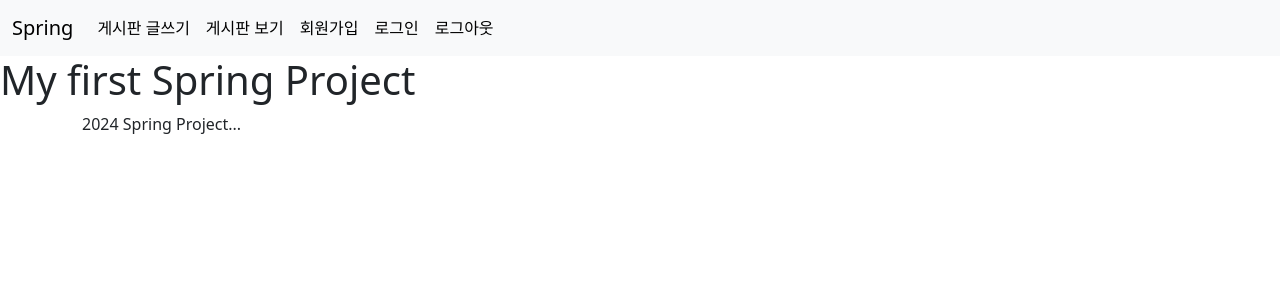
Repository: dlfhrrl12/springtest
Page: http://localhost/spring_study/WEB-INF/views/index.jsp
An editor plug-in stored every save of this project. The page is shown before and after the next save, followed by the edit.
The browser window is 1280 px wide. The pictures show the whole page.
The page is served by Tomcat 9. Nobody is signed in. The template is opened directly, without the code that normally fills it, so the values that code supplies are empty.

Above is the page before, as saved 2024-04-25 08:00:51.

### spring_study/src/main/webapp/WEB-INF/views/index.jsp
<%@ taglib uri="http://java.sun.com/jsp/jstl/core" prefix="c" %>
<%@ page language="java" contentType="text/html; charset=UTF-8" pageEncoding="UTF-8" %>

<jsp:include page="layout/header.jsp"></jsp:include>

<h1>
	My first Spring Project
</h1>

<script type="text/javascript">
 const msg_login = `<c:out value="${msg_login}"/>`;
 if(msg_login === "1"){
	 alert("로그인 실패~!!")
 }
</script>

<jsp:include page="layout/footer.jsp"></jsp:include>

### spring_study/src/main/webapp/WEB-INF/views/layout/header.jsp
<%@ page language="java" contentType="text/html; charset=UTF-8"
    pageEncoding="UTF-8"%>
<!DOCTYPE html>
<html>
<head>
<meta charset="UTF-8">
<title>header.jsp</title>
<link href="https://cdn.jsdelivr.net/npm/bootstrap@5.3.3/dist/css/bootstrap.min.css" rel="stylesheet" integrity="sha384-QWTKZyjpPEjISv5WaRU9OFeRpok6YctnYmDr5pNlyT2bRjXh0JMhjY6hW+ALEwIH" crossorigin="anonymous">
<script src="https://cdn.jsdelivr.net/npm/bootstrap@5.3.3/dist/js/bootstrap.bundle.min.js" integrity="sha384-YvpcrYf0tY3lHB60NNkmXc5s9fDVZLESaAA55NDzOxhy9GkcIdslK1eN7N6jIeHz" crossorigin="anonymous"></script>
</head>
<body>
<nav class="navbar navbar-expand-lg bg-body-tertiary">
  <div class="container-fluid">
    <a class="navbar-brand" href="#">Spring</a>
    <button class="navbar-toggler" type="button" data-bs-toggle="collapse" data-bs-target="#navbarSupportedContent" aria-controls="navbarSupportedContent" aria-expanded="false" aria-label="Toggle navigation">
      <span class="navbar-toggler-icon"></span>
    </button>
    <div class="collapse navbar-collapse" id="navbarSupportedContent">
      <ul class="navbar-nav me-auto mb-2 mb-lg-0">
        <li class="nav-item">
          <a class="nav-link active"  href="/board/register">게시판 글쓰기</a>
        </li>
        <li class="nav-item">
          <a class="nav-link active"  href="/board/list">게시판 보기</a>
        </li>
        <li class="nav-item">
          <a class="nav-link active"  href="/member/register">회원가입</a>
        </li>
        <li class="nav-item">
          <a class="nav-link active"  href="/member/login">로그인</a>
        </li>
        <li class="nav-item">
          <a class="nav-link active"  href="#">로그아웃</a>
        </li>
        </ul>
    </div>
  </div>
</nav>

### spring_study/src/main/webapp/WEB-INF/views/layout/footer.jsp
<%@ page language="java" contentType="text/html; charset=UTF-8"
    pageEncoding="UTF-8"%>



<div class="container-md">
	2024 Spring Project...
</div>

</body>
</html>

After the next save:
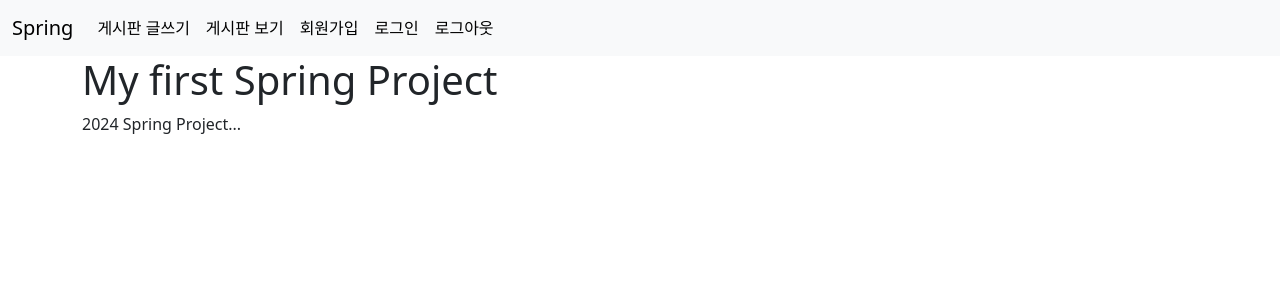
Saved 45 s later.
--- a/spring_study/src/main/webapp/WEB-INF/views/index.jsp
+++ b/spring_study/src/main/webapp/WEB-INF/views/index.jsp
@@ -3,10 +3,11 @@
 
 <jsp:include page="layout/header.jsp"></jsp:include>
 
+ <div class="container-md">
 <h1>
 	My first Spring Project
 </h1>
-
+</div>
 <script type="text/javascript">
  const msg_login = `<c:out value="${msg_login}"/>`;
  if(msg_login === "1"){
